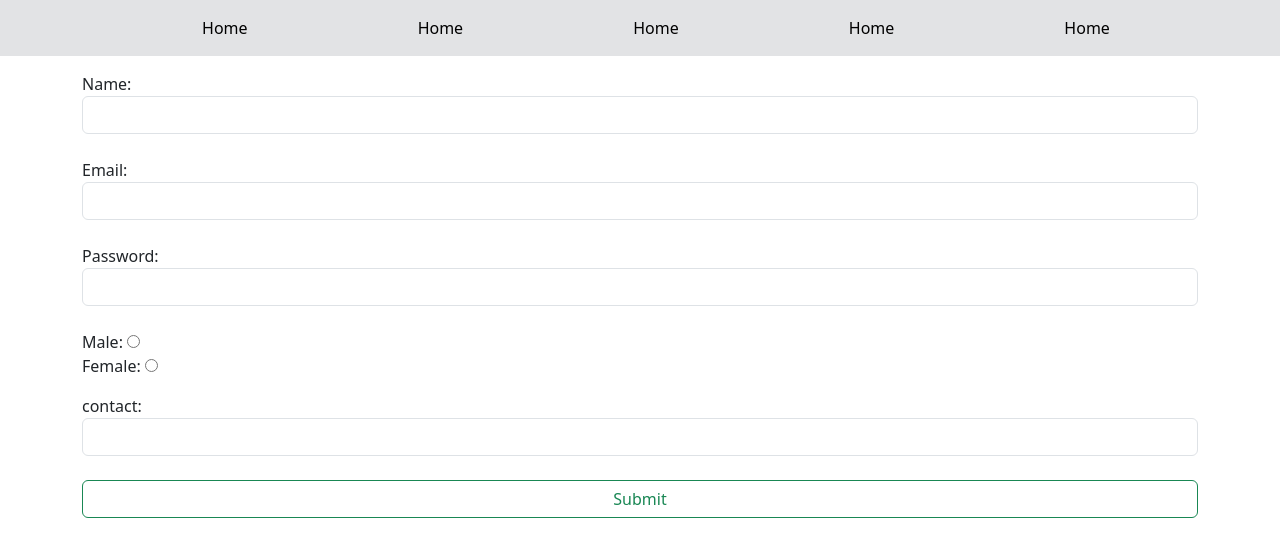
Repository: Naynsh2904/Advance_Java
Page: http://localhost/createForm/NewFile.jsp
An editor plug-in stored every save of this project. The page is shown before and after the next save, followed by the edit.
The browser window is 1280 px wide. The pictures show the whole page.
The page is served by Tomcat 9.

Above is the page before, as saved 2025-01-31 10:58:48.

After the next save:
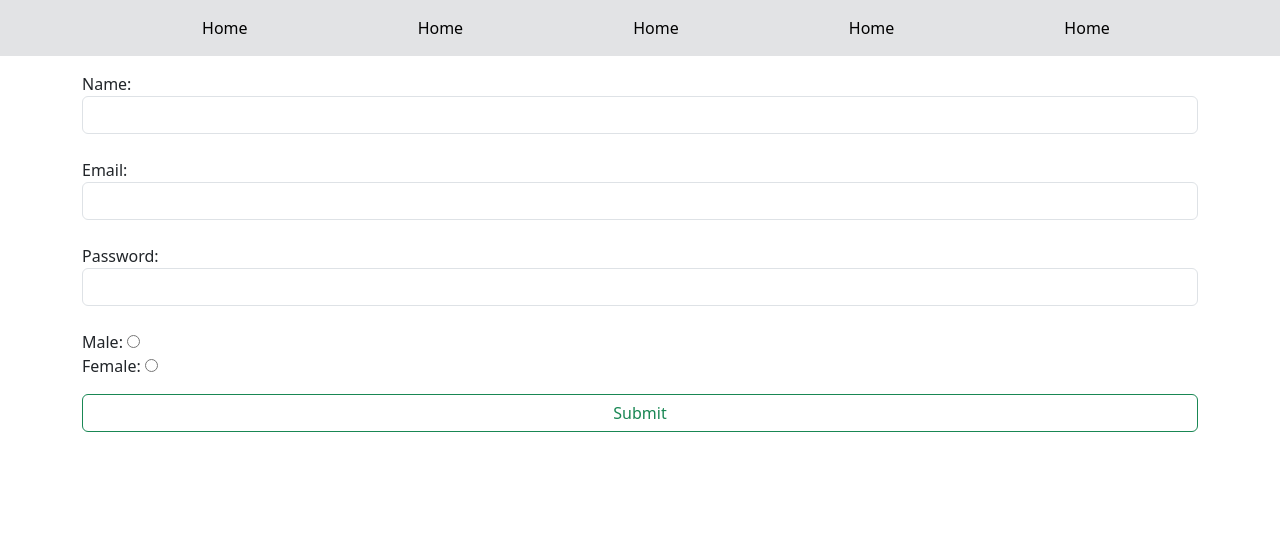
Saved 17 s later.
--- a/createForm/src/main/webapp/NewFile.jsp
+++ b/createForm/src/main/webapp/NewFile.jsp
@@ -45,7 +45,6 @@
           Male: <input class="" type="radio" name="gender" value="male" /><br>
           Female: <input class="" type="radio" name="gender" value="female" /><br>
         </div>
-        contact: <input class="form-control" type="text" name="contact" value="" /><br>
         <div>
           <button type="submit" name="btn" class="form-control btn btn-outline-success">Submit</button>
         </div>

After the save that followed:
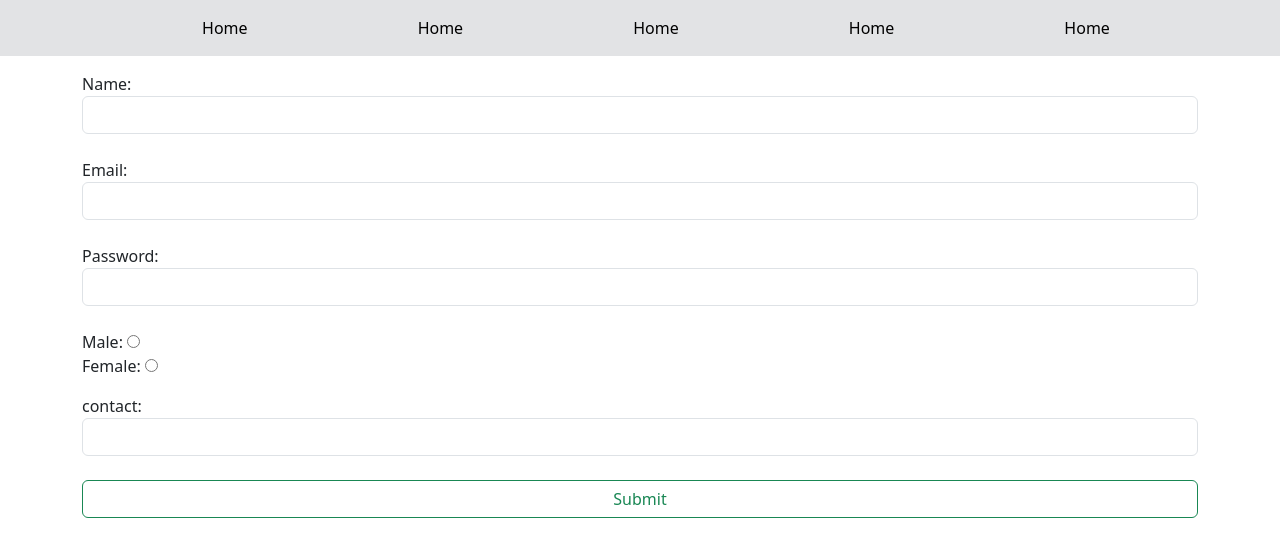
Saved 51 s later.
--- a/createForm/src/main/webapp/NewFile.jsp
+++ b/createForm/src/main/webapp/NewFile.jsp
@@ -45,6 +45,7 @@
           Male: <input class="" type="radio" name="gender" value="male" /><br>
           Female: <input class="" type="radio" name="gender" value="female" /><br>
         </div>
+        contact: <input class="form-control" type="text" name="contact" value="" /><br>
         <div>
           <button type="submit" name="btn" class="form-control btn btn-outline-success">Submit</button>
         </div>
